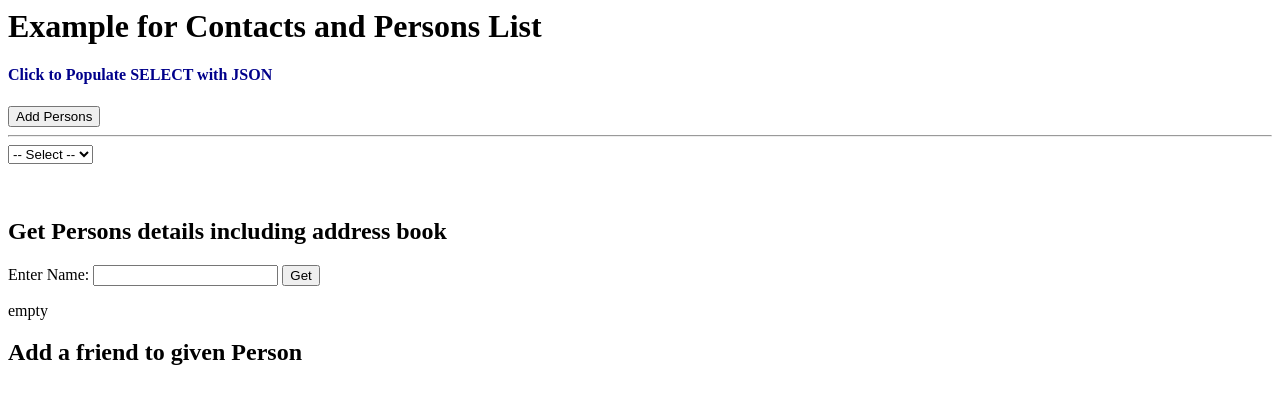
Repository: priyanalleboina/JsTraining
Page: Priyanka _JsExcercies/webpack14example-clinet-node/index.html
The author's editor kept a copy of each file at every save. The page is drawn from the files as they stood at one save, then again after the next save.
The browser window is 1280 px wide. The pictures show the whole page.

Above is the page before, as saved 2020-05-28 19:43:26.

After the next save:
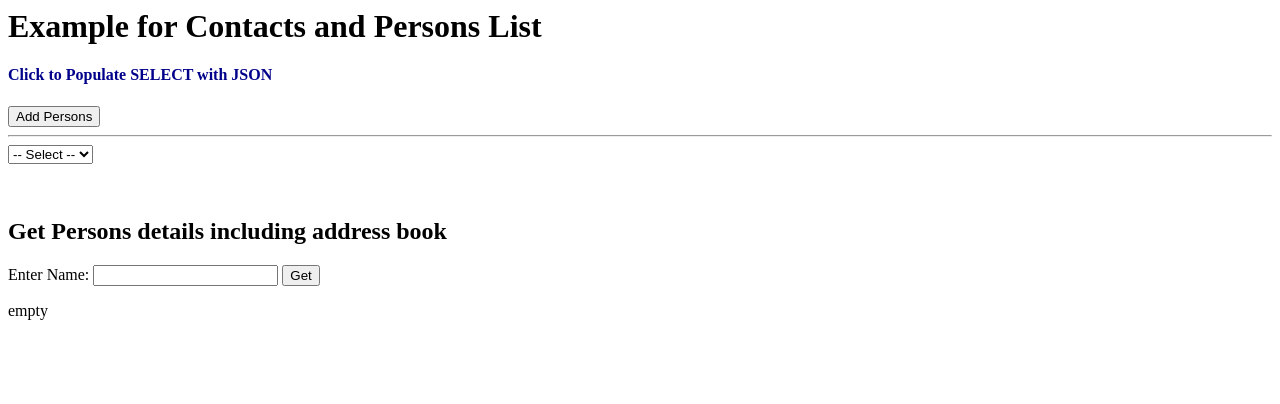
Saved 103 s later.
--- a/Priyanka _JsExcercies/webpack14example-clinet-node/index.html
+++ b/Priyanka _JsExcercies/webpack14example-clinet-node/index.html
@@ -39,7 +39,7 @@
     <button id="pidConditionBtn" onclick="ui.getPersonDetails()">Get</button>
 
     <p id="personsDetails"> empty</p>
-     <h2> Add a friend to given Person</h2>
+     <!-- <h2> Add a friend to given Person</h2> -->
 
   </div>
 </body>
